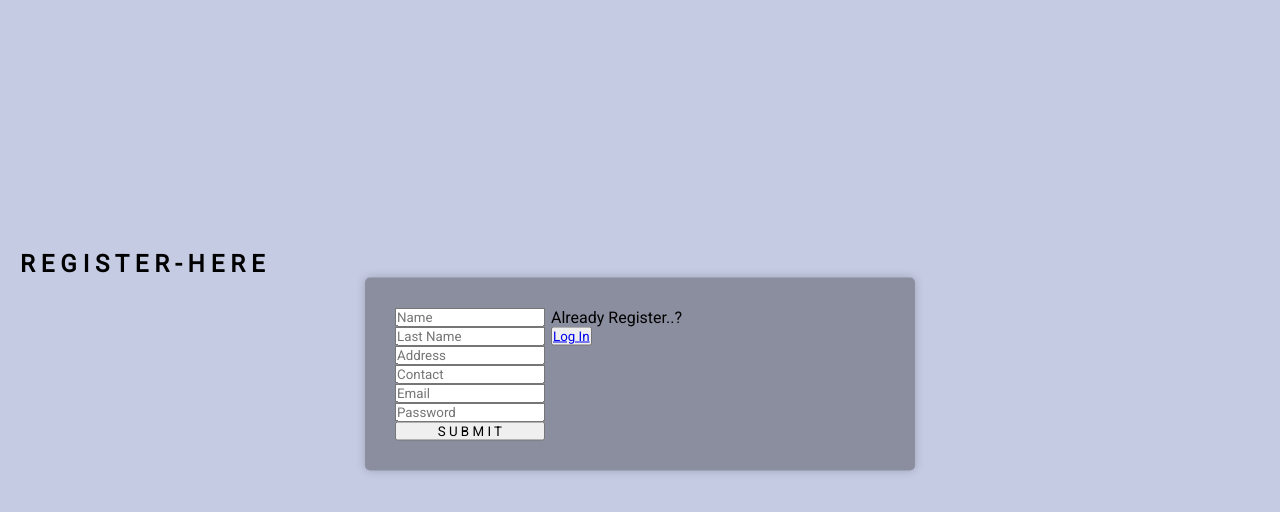
Repository: Krushna26nk/WebApplication
Page: http://localhost/Application/
The author's editor kept a copy of each file at every save. The page is drawn from the files as they stood at one save, then again after the next save.
The browser window is 1280 px wide. The pictures show the whole page.
The page is served by Tomcat 9.

Above is the page before, as saved 2019-05-31 13:25:18.

After the next save:
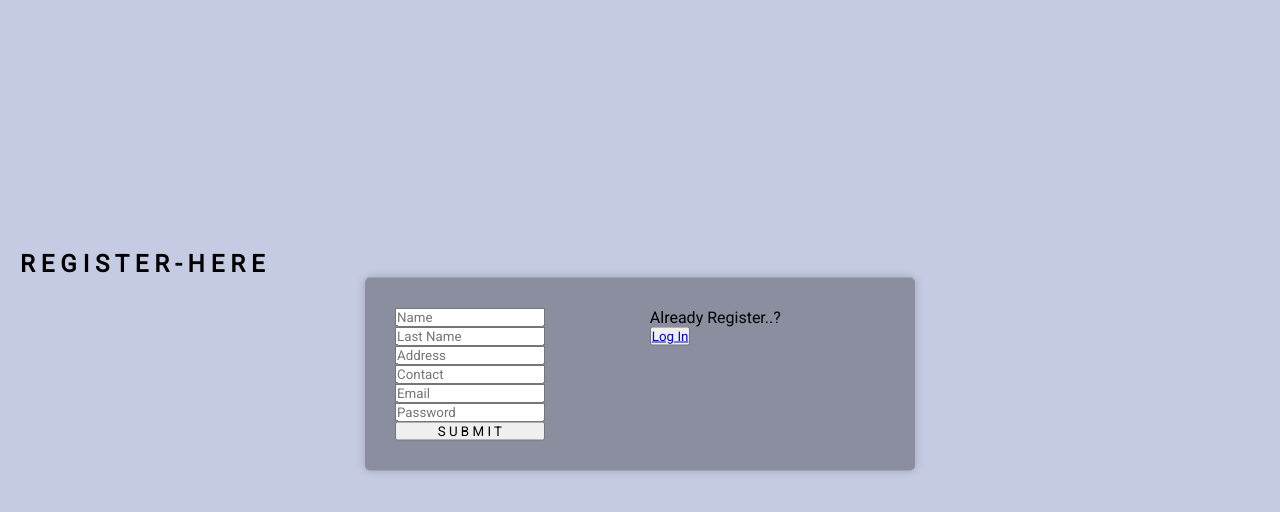
Saved 2 min 3 s later.
--- a/web/Application/WebContent/Style.css
+++ b/web/Application/WebContent/Style.css
@@ -26,6 +26,7 @@ body{
 	padding:30px;
 	border-radius:5px;
 	display:flex;
+	justify-content:space-between;
 	box-shadow: 0 0 10px rgba(0,0,0,0.2);
 }
 
